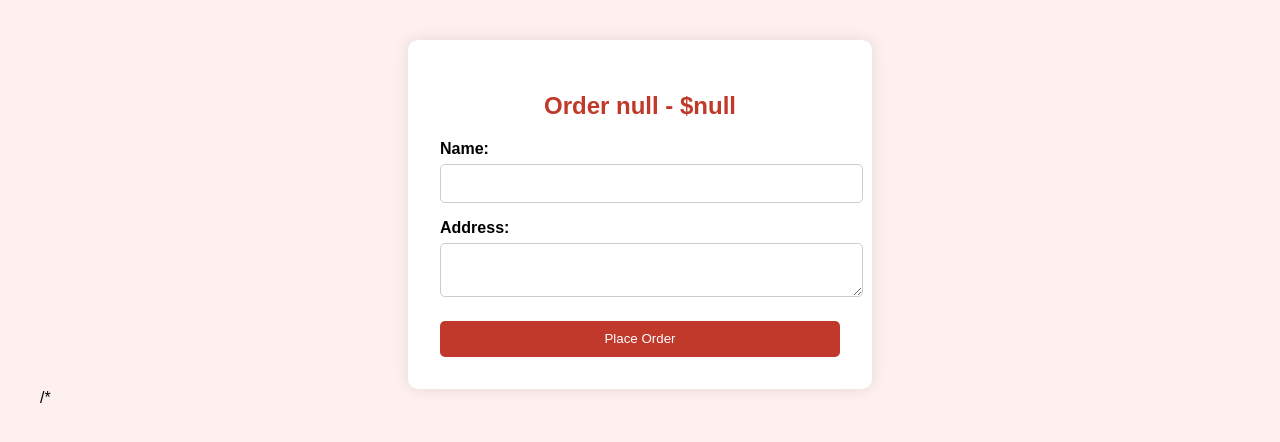
Repository: S12ahana/Food-Ordering-Website
Page: project1/order.html
An editor plug-in stored every save of this project. The page is shown before and after the next save, followed by the edit.
The browser window is 1280 px wide. The pictures show the whole page.

Above is the page before, as saved 2025-07-30 18:32:18.
Console error: SyntaxError: Identifier 'urlParams' has already been declared

After the next save:
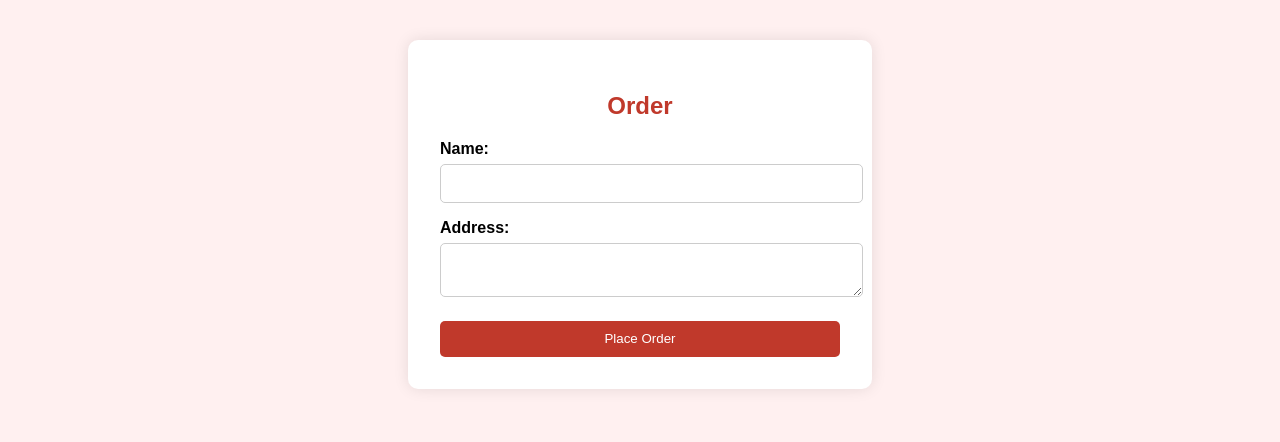
The error is gone.
Saved 6 s later.
--- a/project1/order.html
+++ b/project1/order.html
@@ -63,45 +63,7 @@
 
 
 
-  <script>
-  // Get dish name and price from query string
-  const urlParams = new URLSearchParams(window.location.search);
-  const dish = urlParams.get('dish');
-  const price = urlParams.get('price');
 
-  document.getElementById('dish-name').textContent = `${dish} - $${price}`;
-  document.getElementById('dishInput').value = dish;
-
-  // Handle form submit
-  document.getElementById('orderForm').addEventListener('submit', async function(e) {
-    e.preventDefault();
-    const formData = new FormData(e.target);
-    const data = Object.fromEntries(formData.entries());
-
-    const order = {
-      name: data.name,
-      address: data.address,
-      items: [data.dish],
-      totalPrice: parseFloat(price)
-    };
-
-    const response = await fetch('http://localhost:5000/api/orders', {
-      method: 'POST',
-      headers: {
-        'Content-Type': 'application/json'
-      },
-      body: JSON.stringify(order)
-    });
-
-    if (response.ok) {
-      alert("Order placed successfully!");
-      window.location.href = 'index.html';
-    } else {
-      alert("Error placing order.");
-    }
-  });
-</script>
-/*
   <script>
     // Get dish name from URL query param
     const urlParams = new URLSearchParams(window.location.search);
